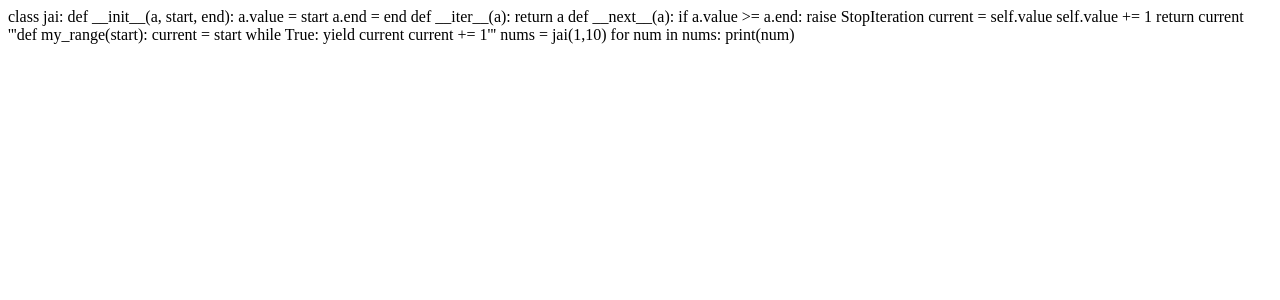
Repository: JAYAPRAKASH7541/jai7541
Page: python_sample_package/simple.html
The author's editor kept a record of every edit. The page is drawn from the files as they stood at one moment, then again after the next edit.
The browser window is 1280 px wide. The pictures show the whole page.

Above is the page before.

After the next edit:
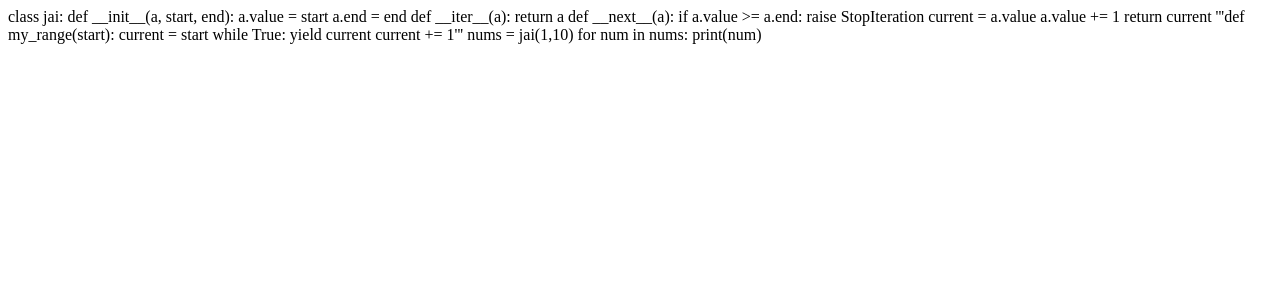
The edit:
--- a/python_sample_package/simple.html
+++ b/python_sample_package/simple.html
@@ -11,8 +11,8 @@
     def __next__(a):
         if a.value >= a.end:
             raise StopIteration
-        current = self.value
-        self.value += 1
+        current = a.value
+        a.value += 1
         return current
 
 
